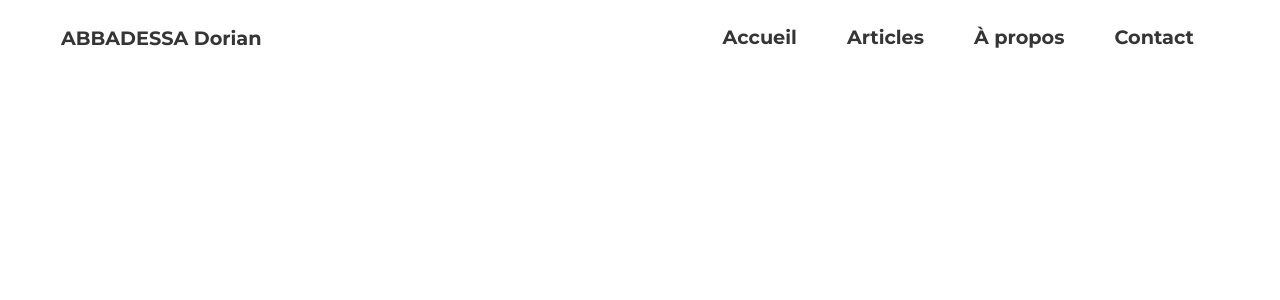
Repository: DorianABDS/Portfolio-ABBADESSA-Dorian
Page: index.html
These files come from the project's save history. The page is drawn as it stood at one moment and after a run of saves; the edit follows.
The browser window is 1280 px wide. The pictures show the whole page.

Above is the page before, as saved 2024-11-25 23:44:24.

After the next 3 saves:
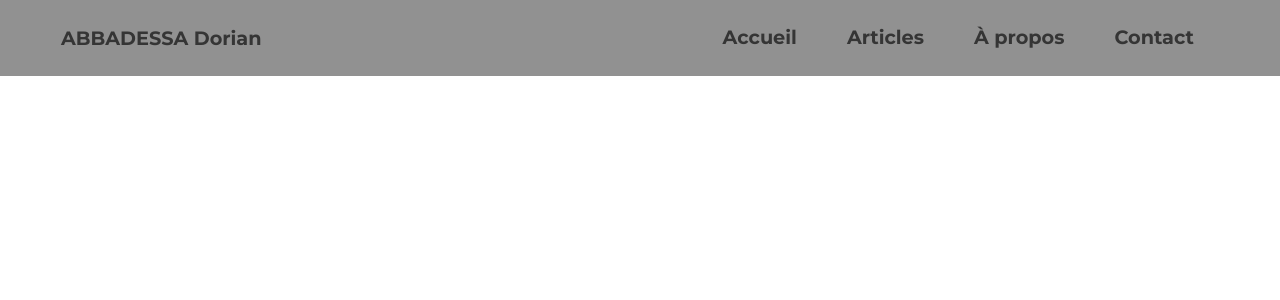
The 3 saves are shown as one change because they came seconds apart.
The last was saved 12 s later.
--- a/style.css
+++ b/style.css
@@ -21,7 +21,7 @@ html, body {
 }
 
 .navbar {
-    background: rgb(255, 255, 255);
+    background: rgb(145, 145, 145);
     backdrop-filter: blur(10px);
     top: 0;
     left: 0;
